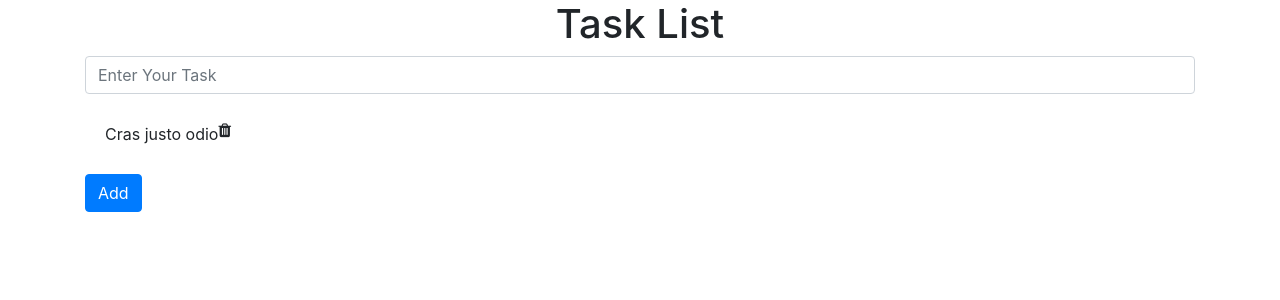
Repository: hoangphuong965/todolist
Page: index.html
The author's editor kept a copy of each file at every save. The page is drawn from the files as they stood at one save, then again after the next save.
The browser window is 1280 px wide. The pictures show the whole page.

Above is the page before, as saved 2020-09-04 14:12:50.

After the next save:
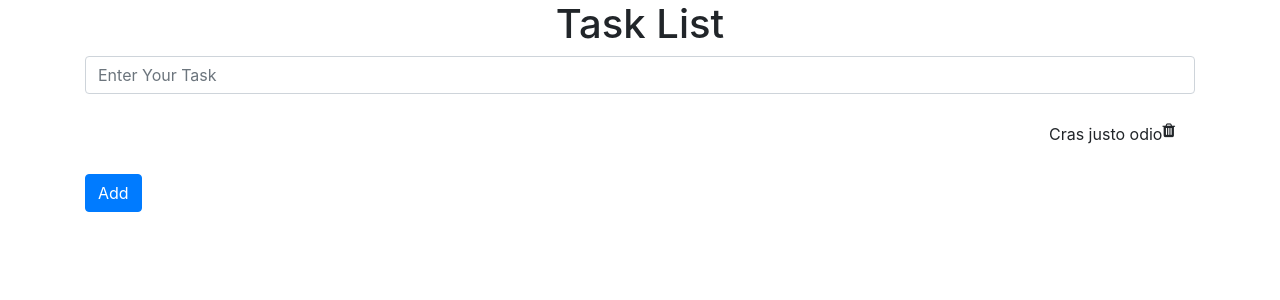
Saved 5 s later.
--- a/style.css
+++ b/style.css
@@ -1,4 +1,4 @@
 .tst{
      display: flex;
-     justify-content: ;
+     justify-content: flex-end;
 }
